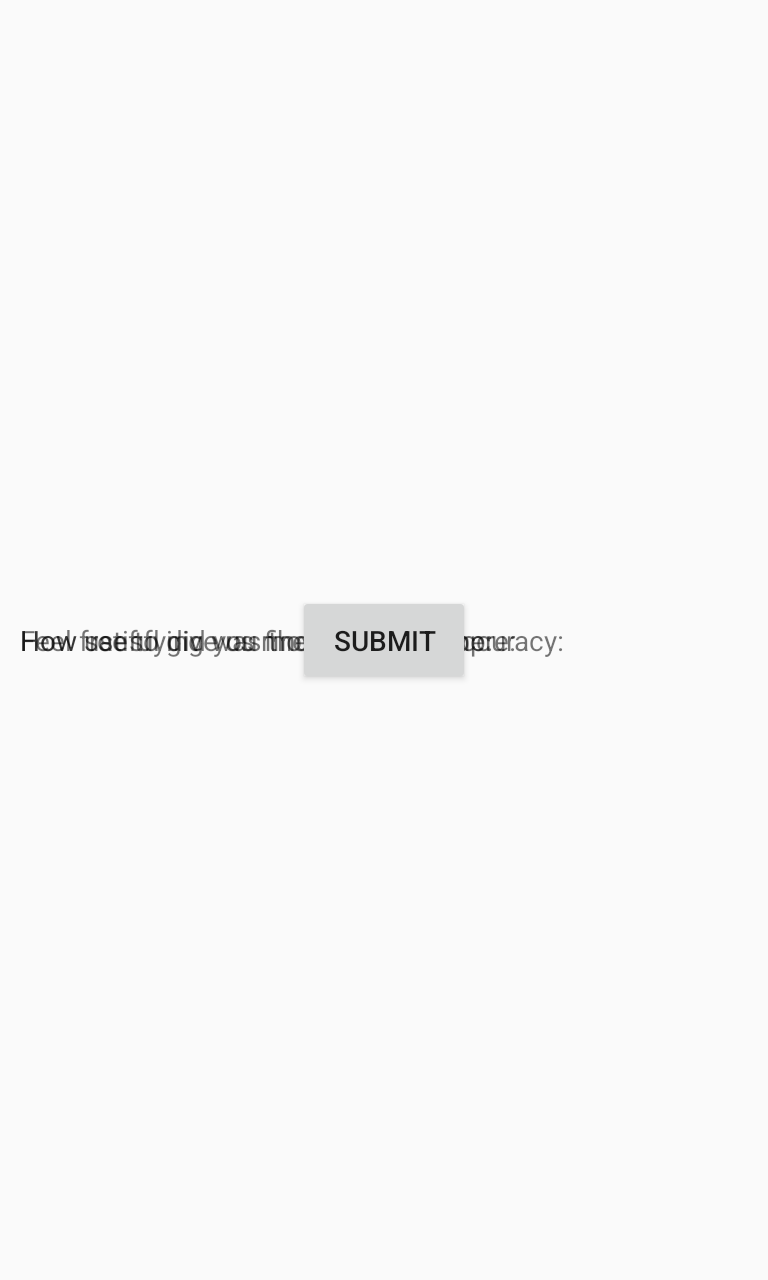
Repository: hessfr/contextRecognition
Layout: androidProjects/ContextRecognition/res/layout/activity_rating.xml
The author's editor kept a copy of each file at every save. The layout is drawn from the files as they stood at one save, then again after the next save.
It is drawn on a 768 x 1280 px phone screen (xhdpi) without system bars, with theme AppTheme; the app's code is not run.

Above is the layout before, as saved 2014-05-30 07:24:01.

After the next save:
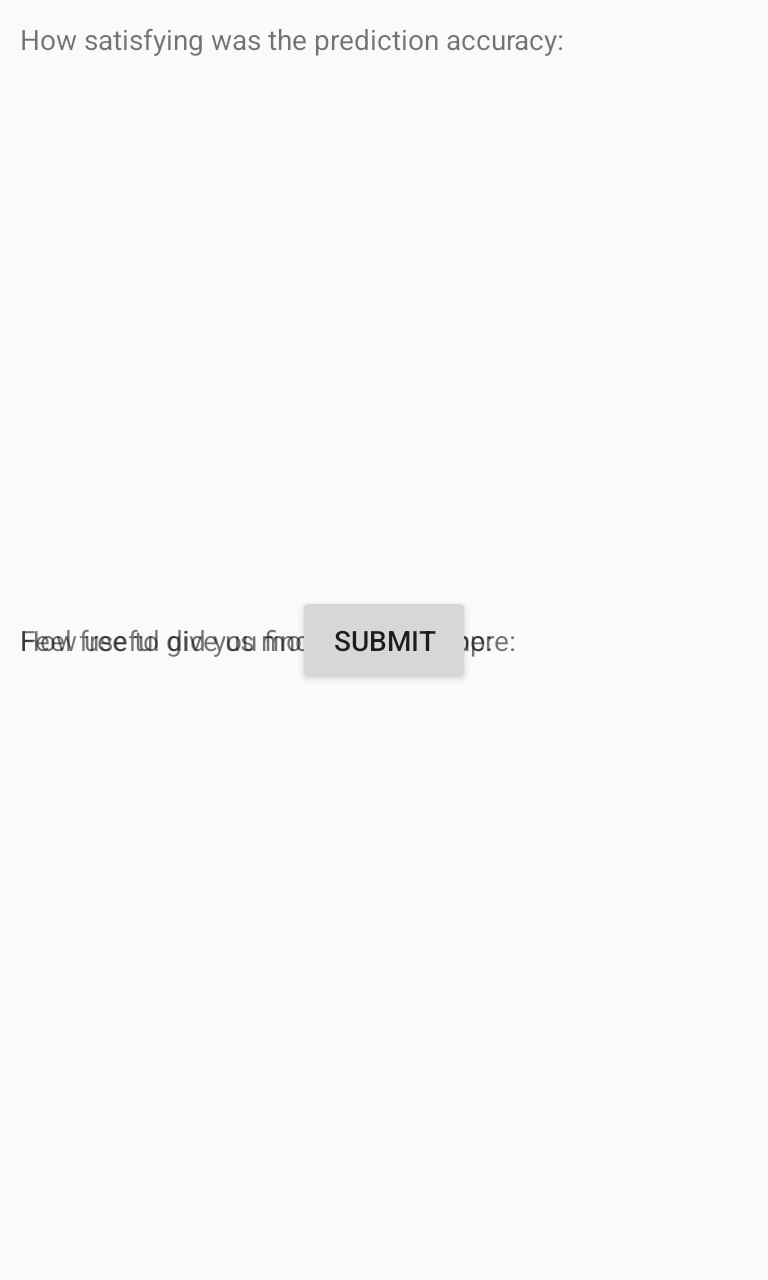
Saved 16 s later.
--- a/androidProjects/ContextRecognition/res/layout/activity_rating.xml
+++ b/androidProjects/ContextRecognition/res/layout/activity_rating.xml
@@ -11,7 +11,7 @@
 
 	    <TextView android:layout_width="fill_parent"
 	        android:layout_height="wrap_content"
-	        android:layout_centerInParent="true"
+	        android:layout_centerHorizontal="True"
 	        android:text="@string/rating_accuracy_satisfaction"/>
 
 	    <TextView android:layout_width="fill_parent"
